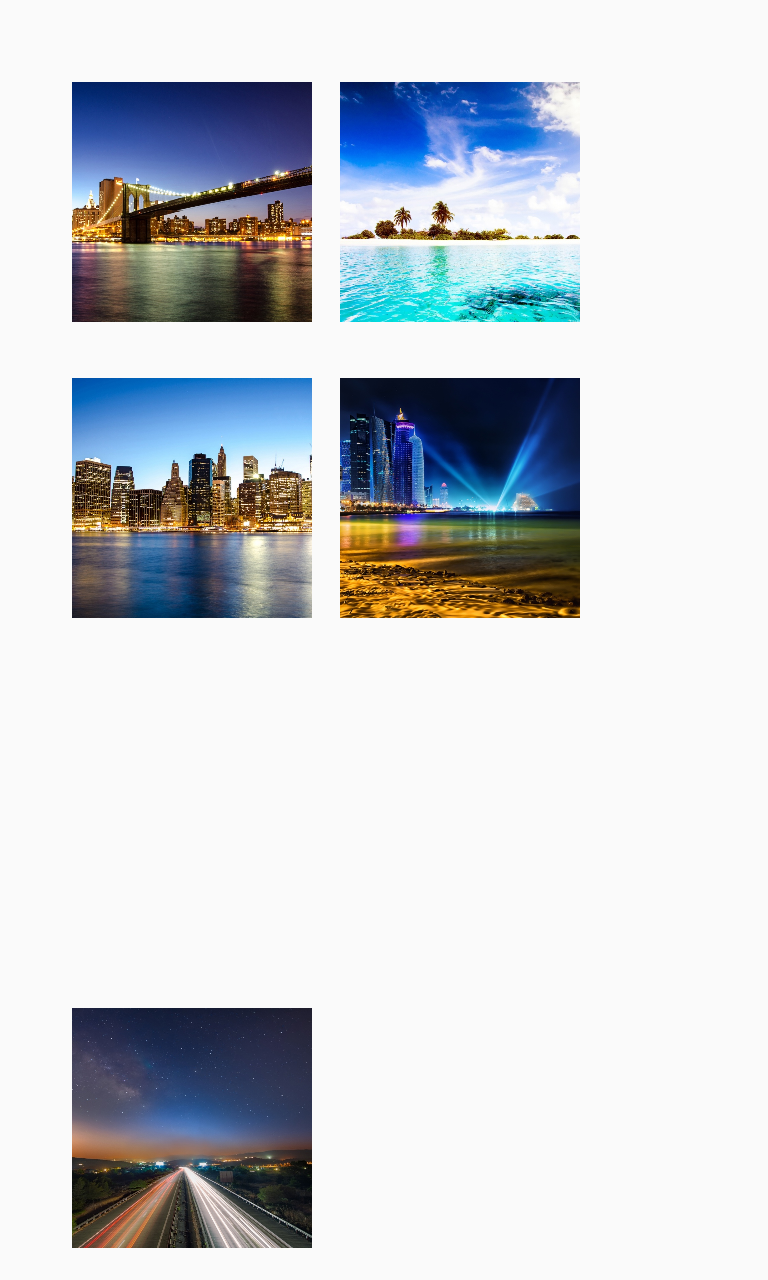
Repository: MarcSelles/nPuzzle10447768
Layout: NPuzzle10447768/res/layout/activity_main.xml
The author's editor kept a copy of each file at every save. The layout is drawn from the files as they stood at one save, then again after the next save.
It is drawn on a 768 x 1280 px phone screen (xhdpi) without system bars, with theme AppTheme; the app's code is not run.

Above is the layout before, as saved 2014-11-22 18:02:40.

### NPuzzle10447768/res/layout/activity_main.xml
<RelativeLayout xmlns:android="http://schemas.android.com/apk/res/android"
    xmlns:tools="http://schemas.android.com/tools"
    android:layout_width="match_parent"
    android:layout_height="match_parent"
    android:paddingBottom="@dimen/activity_vertical_margin"
    android:paddingLeft="@dimen/activity_horizontal_margin"
    android:paddingRight="@dimen/activity_horizontal_margin"
    android:paddingTop="@dimen/activity_vertical_margin"
    tools:context="nl.mprog.projects.NPuzzle10447768.MainActivity" >

    <ImageView
        android:id="@+id/imageView1"
        android:layout_width="120dp"
        android:layout_height="120dp"
        android:layout_alignParentLeft="true"
        android:layout_alignParentTop="true"
        android:layout_marginLeft="20dp"
        android:layout_marginTop="25dp"
        android:scaleType="fitXY"
        android:src="@drawable/brooklyn_bridge" />

    <ImageView
        android:id="@+id/imageView2"
        android:layout_width="120dp"
        android:layout_height="120dp"
        android:layout_alignTop="@+id/imageView1"
        android:layout_marginLeft="14dp"
        android:layout_toRightOf="@+id/imageView1"
        android:scaleType="fitXY"
        android:src="@drawable/diggrini_island" />

    <ImageView
        android:id="@+id/imageView3"
        android:layout_width="120dp"
        android:layout_height="120dp"
        android:layout_below="@+id/imageView1"
        android:layout_marginTop="28dp"
        android:layout_toLeftOf="@+id/imageView2"
        android:scaleType="fitXY"
        android:src="@drawable/manhattan_skyline" />

    <ImageView
        android:id="@+id/imageView4"
        android:layout_width="120dp"
        android:layout_height="120dp"
        android:layout_alignLeft="@+id/imageView2"
        android:layout_alignTop="@+id/imageView3"
        android:scaleType="fitXY"
        android:src="@drawable/qatar_skyline" />

    <ImageView
        android:id="@+id/imageView5"
        android:layout_width="120dp"
        android:layout_height="120dp"
        android:layout_alignLeft="@+id/imageView3"
        android:layout_alignParentBottom="true"
        android:scaleType="fitXY"
        android:src="@drawable/rush_hour" />

</RelativeLayout>

Loaded but not shown: NPuzzle10447768/res/values/styles.xml (common file); NPuzzle10447768/res/values-v11/styles.xml (common file); NPuzzle10447768/res/values-v14/styles.xml (common file); NPuzzle10447768/res/values/dimens.xml (common file); NPuzzle10447768/res/values-w820dp/dimens.xml (common file)

After the next save:
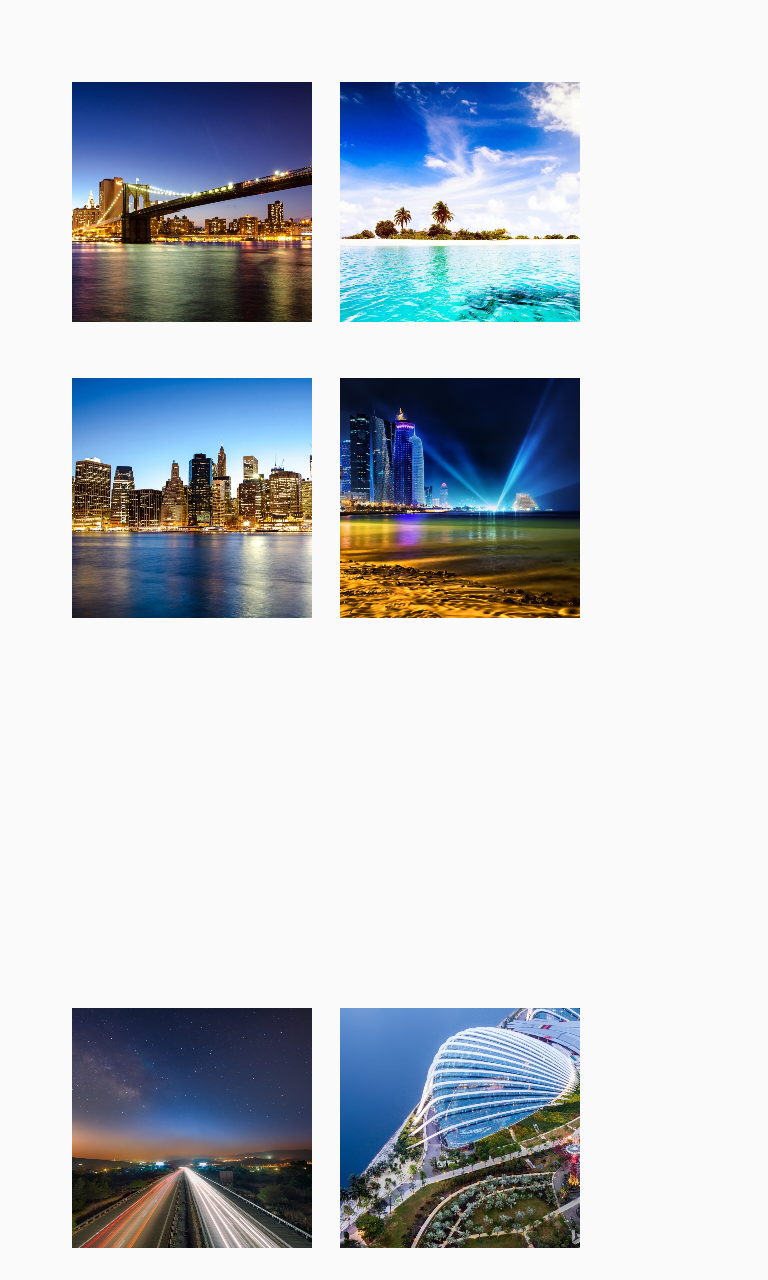
Saved 52 s later.
--- a/NPuzzle10447768/res/layout/activity_main.xml
+++ b/NPuzzle10447768/res/layout/activity_main.xml
@@ -57,4 +57,13 @@
         android:scaleType="fitXY"
         android:src="@drawable/rush_hour" />
 
+    <ImageView
+        android:id="@+id/imageView6"
+        android:layout_width="120dp"
+        android:layout_height="120dp"
+        android:layout_alignLeft="@+id/imageView4"
+        android:layout_alignTop="@+id/imageView5"
+        android:scaleType="fitXY"
+        android:src="@drawable/singapore_city" />
+
 </RelativeLayout>
